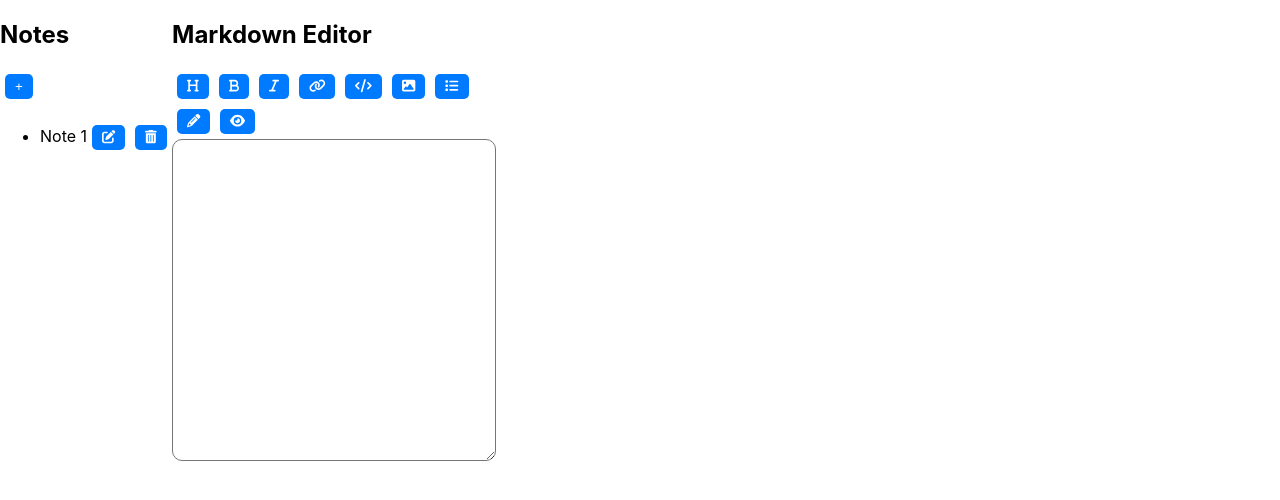
Repository: sriram1224/markdown_editor
Page: /
An editor plug-in stored every save of this project. The page is shown before and after the next save, followed by the edit.
The browser window is 1280 px wide. The pictures show the whole page.
The project was rebuilt for these pictures with package versions that can differ from the ones it lists, and the page was loaded fresh each time.

Above is the page before, as saved 2024-04-22 23:07:56.

After the next save:
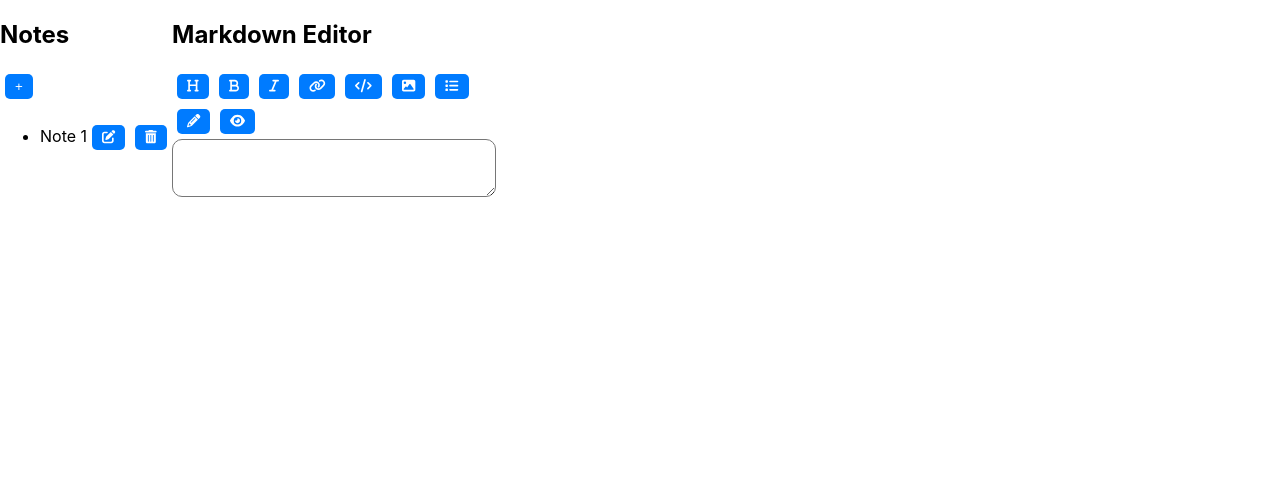
Saved 66 s later.
--- a/src/App.css
+++ b/src/App.css
@@ -20,7 +20,7 @@
 }
 .textarea{
   width: 100%;
-  height: 300px;
+
   border-radius: 10px;
   padding: 10px;
   font-size: 16px;

After the save that followed:
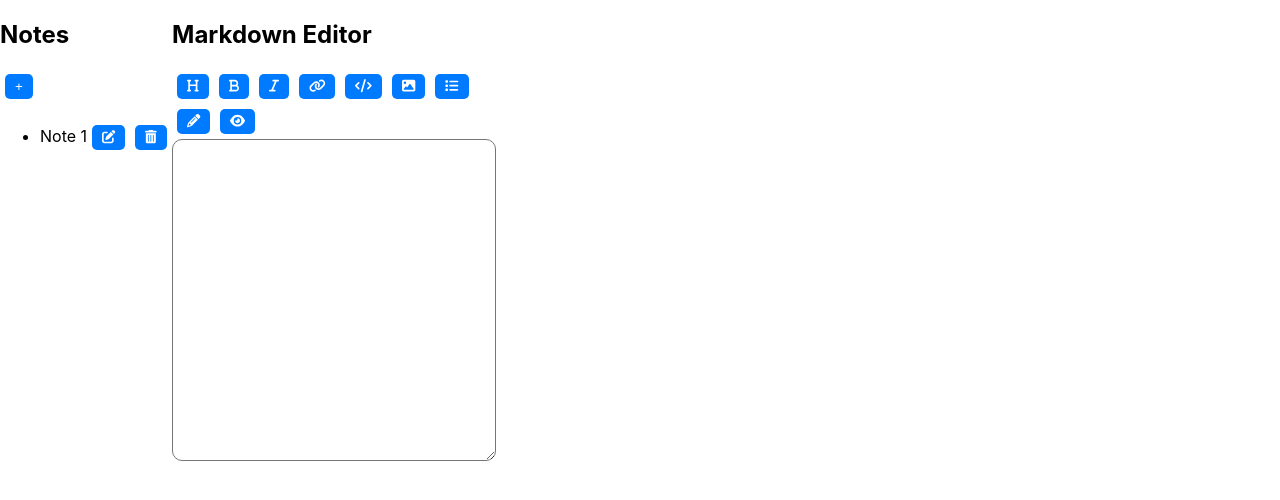
Saved 4 s later.
--- a/src/App.css
+++ b/src/App.css
@@ -20,7 +20,7 @@
 }
 .textarea{
   width: 100%;
-
+  height: 300px;
   border-radius: 10px;
   padding: 10px;
   font-size: 16px;
